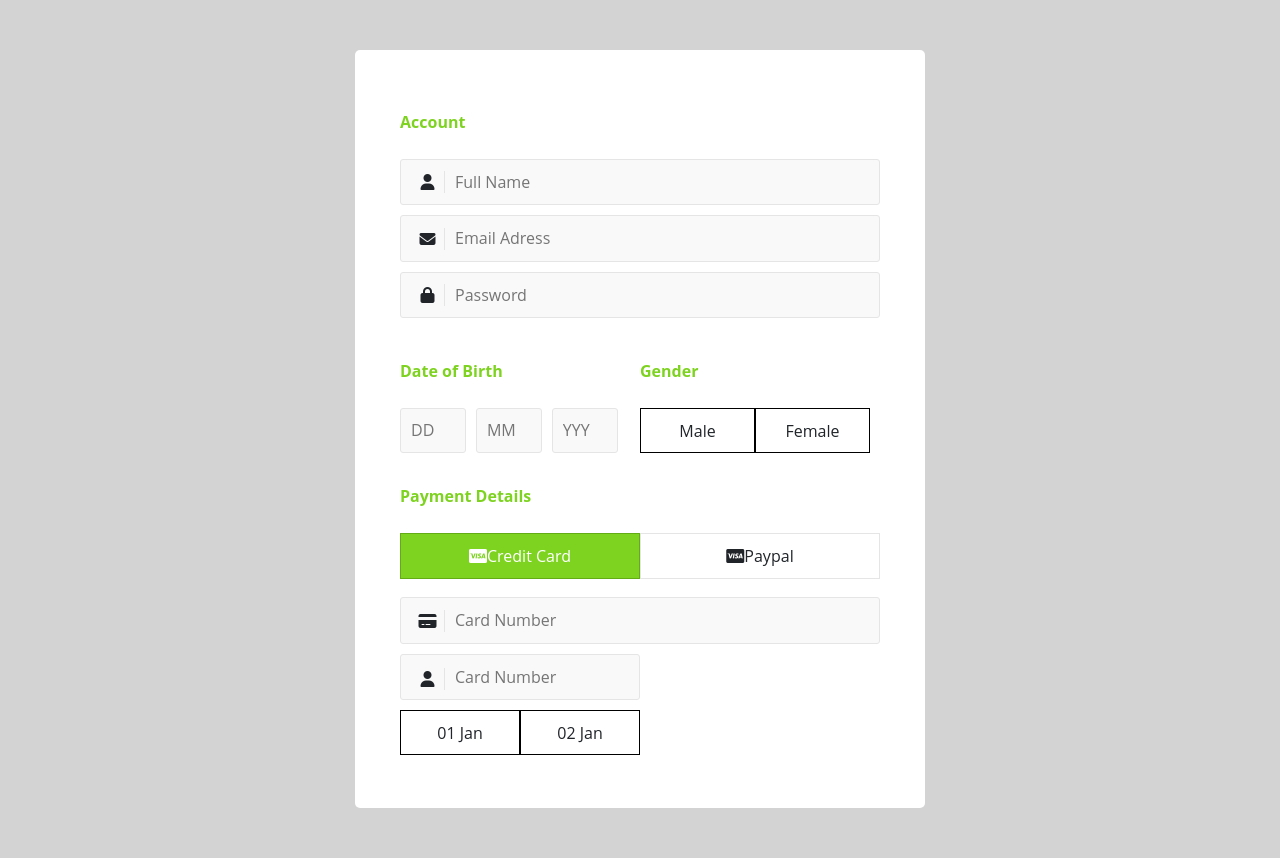
Repository: letrongtinh27/LapTrinhWeb
Page: Payment/index.html
The author's editor kept a copy of each file at every save. The page is drawn from the files as they stood at one save, then again after the next save.
The browser window is 1280 px wide. The pictures show the whole page.

Above is the page before, as saved 2022-10-11 22:04:42.

After the next save:
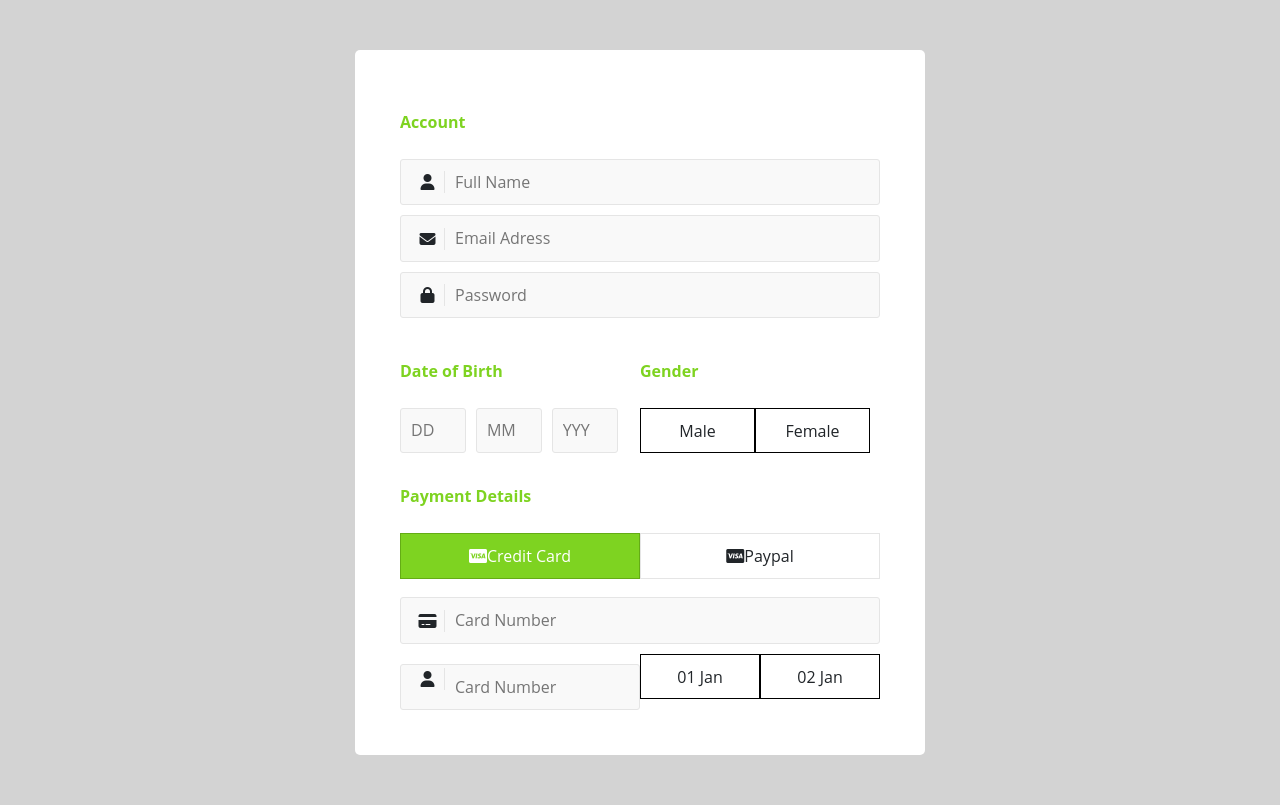
Saved 36 s later.
--- a/Payment/index.html
+++ b/Payment/index.html
@@ -69,13 +69,13 @@
                     <i class="fa-sharp fa-solid fa-credit-card"></i>
                 </div>
             </div>
-            <div class="form-item" style="margin-top: 10px; width: 50%;">
+            <div class="form-item" style="margin-top: 10px; width: 50%; float: left;">
                 <input style="width: 190px;" type="text" placeholder="Card Number">
                 <div class="icon icon-user2">
                     <i class="fa-solid fa-user"></i>
                 </div>
             </div>
-            <div class="input-group" style="width: 50%;">
+            <div class="input-group" style="width: 50%; float: right;">
                 <input type="radio" name="day" value="01-jan" id="01-jan" class="radio-input">
                 <label for="01-jan">01 Jan</label>
                 <input type="radio" name="day" id="02-jan" value="02-jan"
